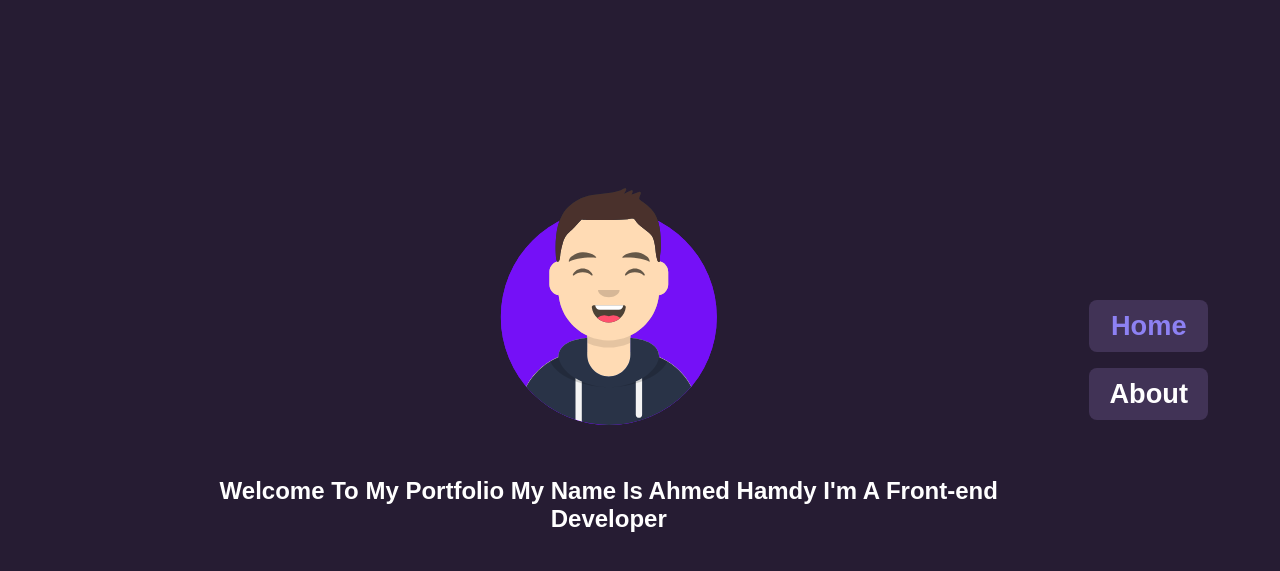
Repository: ahamdy997/portfolio
Page: /
An editor plug-in stored every save of this project. The page is shown before and after the next save, followed by the edit.
The browser window is 1280 px wide. The pictures show the whole page.
The project was rebuilt for these pictures with package versions that can differ from the ones it lists, and the page was loaded fresh each time. Also part of the build but not shown: vue.config.js.

Above is the page before, as saved 2023-11-05 23:42:18.

### src/App.vue
<template>
  <div class="flex">
    <router-view />
    <header>
      <nav>
        <router-link to="/">Home</router-link>
        <router-link to="/about">About</router-link>
      </nav>
    </header>
  </div>
</template>

<style>
* {
  box-sizing: border-box;
  padding: 0;
  margin: 0;
}
#app {
  width: 100%;
  height: 100vh;
  display: flex;
  align-items: center;
  justify-content: space-between;
  text-align: center;
}
.flex {
  display: flex;
  align-items: center;
  justify-content: space-between;
  padding: 3rem;
  gap: 5rem;
  width: 100%;
}
header {
  font-size: 1.7rem;
}

nav {
  text-align: center;
  display: flex;
  flex-direction: column;
  gap: 1rem;
  margin-right: 1.5rem;
}
body {
  font-family: sans-serif;
  background: #261c33;
  color: #fff;
}
nav a {
  font-weight: bold;
  color: #fff;
  text-decoration: none;
  border-radius: 8px;
  background-color: #56447092;
  padding: 10px 20px;
}
a:hover {
  color: rgba(137, 147, 200, 0.7);
}

nav a.router-link-exact-active {
  color: #8d81f3;
}
</style>

### src/views/HomeView.vue
<template>
  <div class="home">
    <HelloWorld msg="Welcome to Your Vue.js App" />
  </div>
</template>

<script>
// @ is an alias to /src
import HelloWorld from "@/components/HelloWorld.vue";

export default {
  name: "HomeView",
  components: {
    HelloWorld,
  },
};
</script>

### src/components/HelloWorld.vue
<template>
  <div class="hello">
    <img src="../assets/mf-avatar.svg" alt="happy person" />
    <h2>
      Welcome To My Portfolio My Name Is Ahmed Hamdy I'm A Front-end Developer
    </h2>
  </div>
</template>

<script>
export default {
  name: "HelloWorld",
};
</script>

<!-- Add "scoped" attribute to limit CSS to this component only -->
<style scoped>
.hello {
  margin: auto;
  margin-left: 10rem;
}
a {
  color: #42b983;
}
img {
  margin-bottom: 3rem;
}
</style>

Loaded but not shown: public/index.html (common file); src/main.js (common file); src/router/index.js (common file)

After the next save:
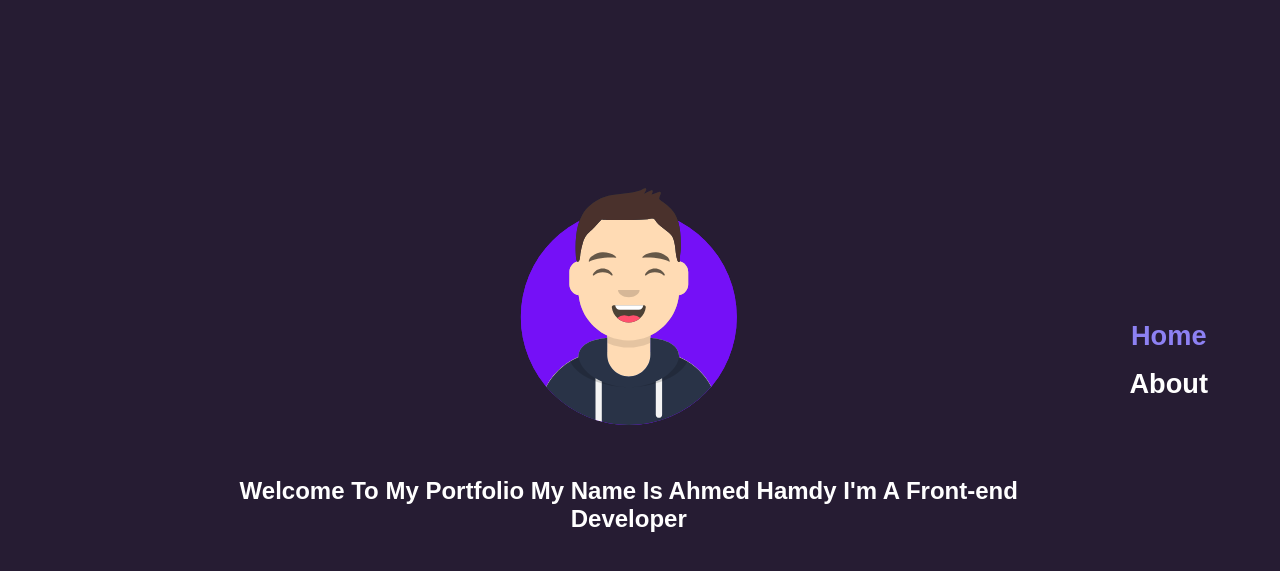
Saved 8 min 8 s later.
--- a/src/App.vue
+++ b/src/App.vue
@@ -52,9 +52,6 @@ nav a {
   font-weight: bold;
   color: #fff;
   text-decoration: none;
-  border-radius: 8px;
-  background-color: #56447092;
-  padding: 10px 20px;
 }
 a:hover {
   color: rgba(137, 147, 200, 0.7);
